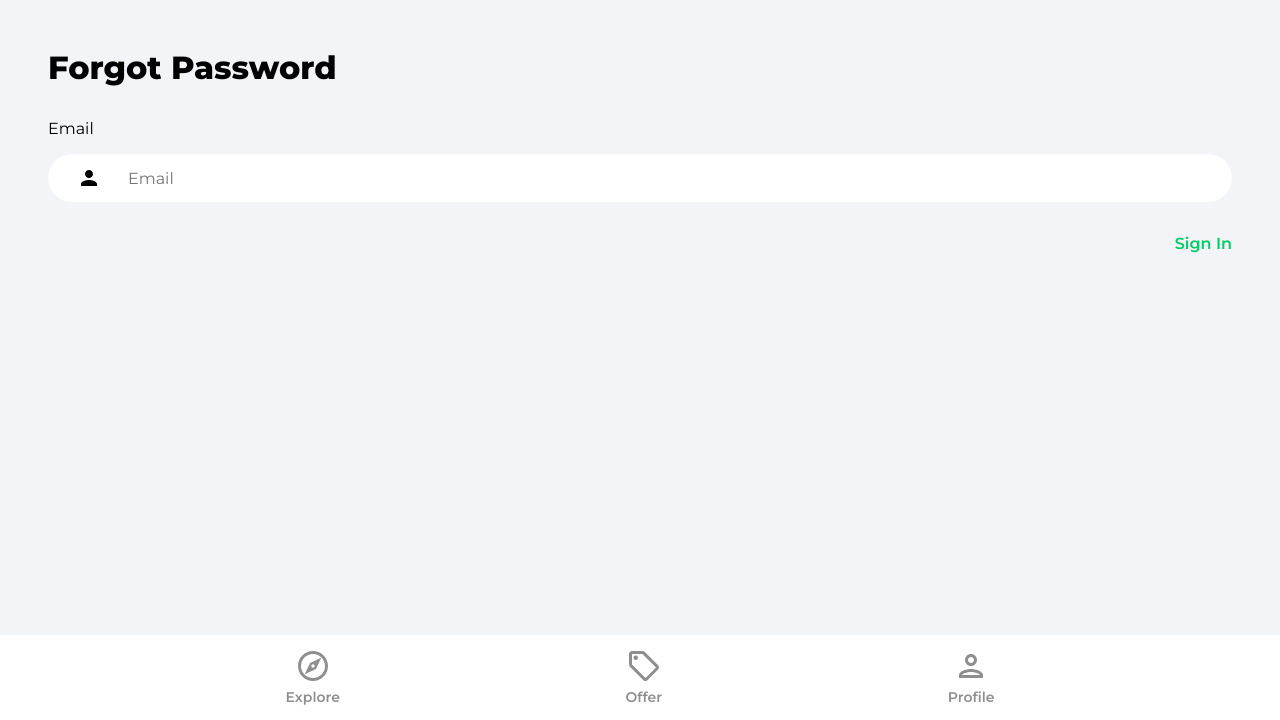
Repository: harvir619/Real-Estate-Market-App
Page: /forgot-password
The author's editor kept a copy of each file at every save. The page is drawn from the files as they stood at one save, then again after the next save.
The browser window is 1280 px wide. The pictures show the whole page.
The page's requests for data from a server got no answer. The project was rebuilt for these pictures with package versions that can differ from the ones it lists, and the page was loaded fresh each time. No one was signed in, and anything a server would have sent is missing. Also part of the build but not shown: vite.config.js, src/pages/Explore.jsx, src/firebase.config.js, src/pages/Profile.jsx, src/pages/Offers.jsx, src/pages/SignIn.jsx, src/pages/SignUp.jsx, src/hooks/useAuthStatus.jsx and 2 more.

Above is the page before, as saved 2023-06-21 16:11:01.

### index.html
<!DOCTYPE html>
<html lang="en">
  <head>
    <meta charset="UTF-8" />
    <link rel="icon" type="image/svg+xml" href="/public/favicon.ico" />
    <meta name="viewport" content="width=device-width, initial-scale=1.0" />
    <title>Real Estate Marketplace</title>
  </head>
  <body>
    <div id="root"></div>
    <script type="module" src="/src/main.jsx"></script>
  </body>
</html>

### src/App.jsx
import { BrowserRouter as Router, Routes, Route } from 'react-router-dom'
import Explore from './pages/Explore'
import Profile from './pages/Profile'
import ForgotPassword from './pages/ForgotPassword'
import Offers from './pages/Offers'
import SignIn from './pages/SignIn'
import SignUp from './pages/SignUp'
import Navbar from './components/Navbar'
import { ToastContainer } from 'react-toastify'
import 'react-toastify/dist/ReactToastify.css'
import PrivateRoute from './components/PrivateRoute'

function App() {

  return (
    <>
      <Router>
        <Routes>
          <Route path="/" element={<Explore />} />
          <Route path="/profile" element={<PrivateRoute />}>
            <Route path='/profile' element={<Profile/>} />
          </Route>
          <Route path='/forgot-password' element={<ForgotPassword/>} />
          <Route path= '/offers' element={<Offers/>} />
          <Route path='/sign-in' element={<SignIn />} />
          <Route path='/sign-up' element={<SignUp/>} />
        </Routes>
        {<Navbar/>}
      </Router>
      <ToastContainer/>
    </>
  )
}

export default App

### src/pages/ForgotPassword.jsx
import { useState } from "react"
import { Link } from "react-router-dom"
import { getAuth, sendPasswordResetEmail } from 'firebase/auth'
import { toast } from 'react-toastify'
import { ReactComponent as ArrowRightIcon } from '../assets/svg/keyboardArrowRightIcon.svg'

function ForgotPassword() {
  const [email, setEmail] = useState('')

  const onChange = (e) => {
    setEmail(e.target.value)
  }

  const onSubmit = async (e) => {
    e.preventDefault()

    const auth = getAuth()
    const user = auth.currentUser
    sendPasswordResetEmail(user,email)

  }

  return (
    <div className="pageContainer">
        <header>
        <p className="pageHeader">Forgot Password</p>
        </header>
        <main>
          <form onSubmit={onSubmit}>
            <p>Email</p>
          <input type="email" className="emailInput"
            value={email} onChange={onChange}
            placeholder="Email" id='email'
          />
          <Link className="forgotPasswordLink" to="/sign-in">
            Sign In
          </Link>
          </form>
        </main>
    </div>
  )
}

export default ForgotPassword

### src/components/Navbar.jsx
import React from 'react'
import { useNavigate, useLocation } from 'react-router-dom'
import { ReactComponent as OfferIcon } from '../assets/svg/localOfferIcon.svg'
import {ReactComponent as ExploreIcon} from '../assets/svg/exploreIcon.svg'
import {ReactComponent as PersonOutlineIcon} from '../assets/svg/personOutlineIcon.svg'


function Navbar() {
    const navigate = useNavigate()
    const location = useLocation()

    const pathMatchRoute = (route) => {
        if (route === location.pathname) {
            return true;
        }
    }

  return (
      <footer className="navbar">
          <nav className="navbarNav">
              <ul className="navbarListItems">
                  <li className="navbarListItem" onClick={() => navigate('/')}>
                      <ExploreIcon fill={pathMatchRoute('/')?'#2c2c2c':'#8f8f8f'}
                        //   className="navbarIcon"
                          width='36px' height='36px' />
                      <p className={pathMatchRoute('/')?'navbarListItemNameActive':'navbarListItemName'}>Explore</p>
                  </li>
                  <li className="navbarListItem" onClick={()=>navigate('/offers')}>
                      <OfferIcon fill={pathMatchRoute('/offers')?'#2c2c2c':'#8f8f8f'}
                        //   className="navbarIcon"
                          width='36px' height='36px' />
                      <p className={pathMatchRoute('/offers')?'navbarListItemNameActive':'navbarListItemName'}>Offer</p>
                  </li>
                  <li className="navbarListItem" onClick={()=>navigate('/profile')}>
                      <PersonOutlineIcon fill={pathMatchRoute('/profile')?'#2c2c2c':'#8f8f8f'}
                        //   className="navbarIcon"
                          width='36px' height='36px' />
                      <p className={pathMatchRoute('/profile')?'navbarListItemNameActive':'navbarListItemName'}>Profile</p>
                  </li>

              </ul>
          </nav>
      </footer>
  )
}

export default Navbar

Loaded but not shown: src/main.jsx (common file); src/index.css (common file)

After the next save:
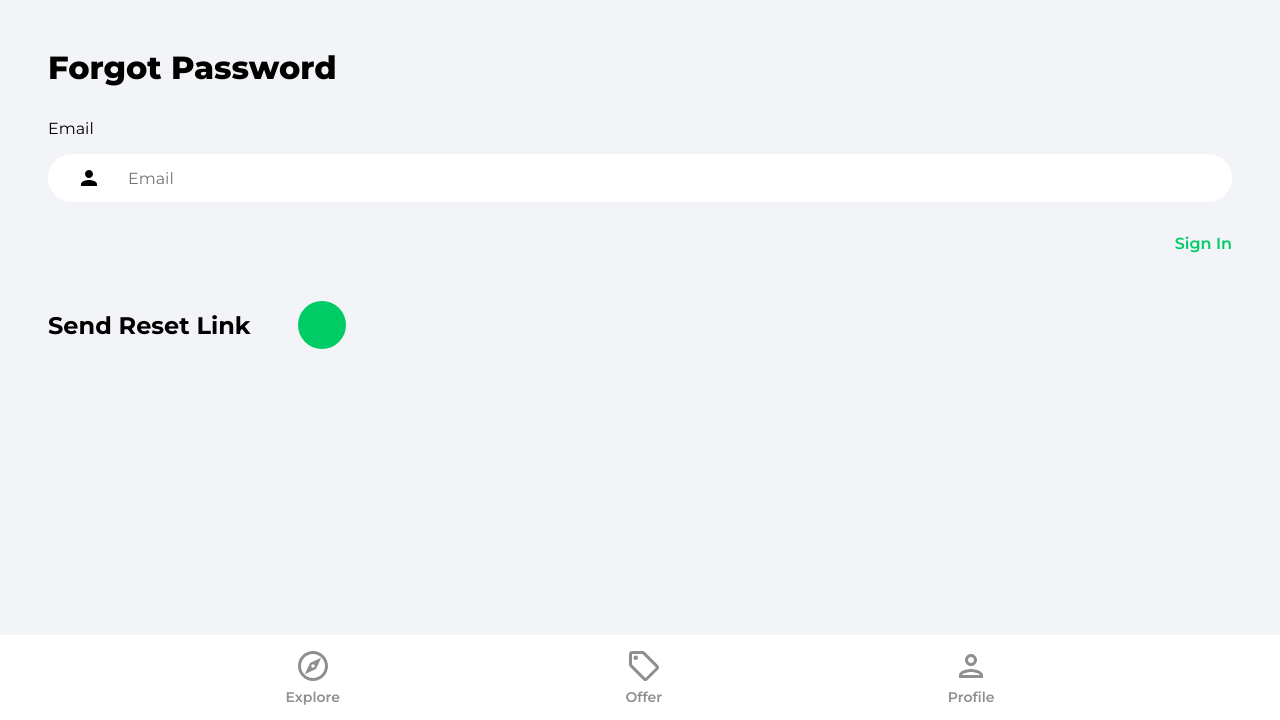
Saved 82 s later.
--- a/src/pages/ForgotPassword.jsx
+++ b/src/pages/ForgotPassword.jsx
@@ -35,6 +35,14 @@ function ForgotPassword() {
           <Link className="forgotPasswordLink" to="/sign-in">
             Sign In
           </Link>
+
+          <div className="signInBar">
+            <div className="signInText">Send Reset Link</div>
+              <button className="signInButton">
+
+              </button>
+          </div>
+
           </form>
         </main>
     </div>
